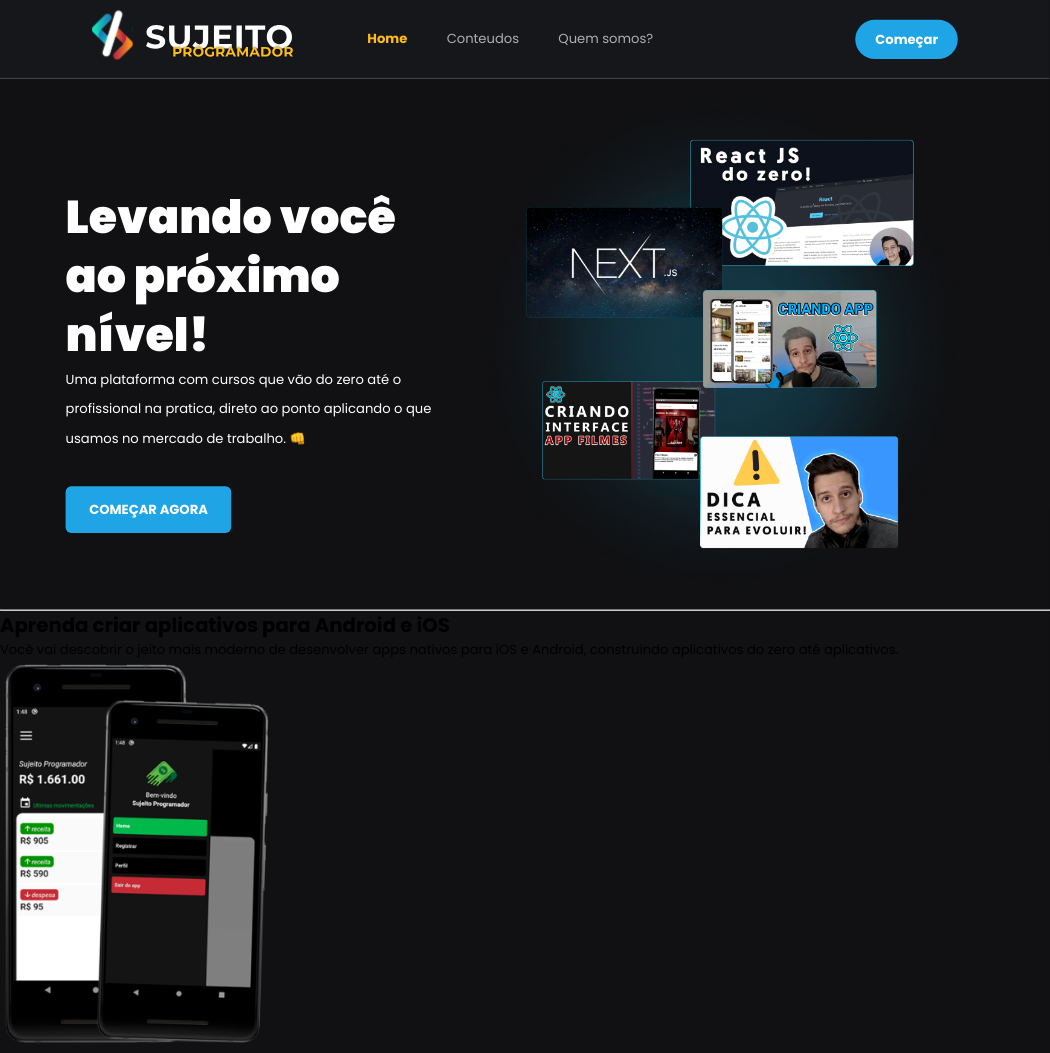
Repository: ArthurHendrich/Blog
Page: /
An editor plug-in stored every save of this project. The page is shown before and after a run of saves, followed by the edit.
The browser window is 1280 px wide. The pictures show the whole page, at 82% of full size.
The project was rebuilt for these pictures with package versions that can differ from the ones it lists, and the page was loaded fresh each time. The framework's server and built-in components were replaced by stand-ins that run in the browser. Also part of the build but not shown: next.config.js.

Above is the page before, as saved 2022-07-05 23:52:32.

### src/pages/_app.tsx
import { AppProps } from "next/app";
import { Header } from "../components/header";

import '../styles/global.scss';

function MyApp({ Component, pageProps }: AppProps) {
  return (
    <>
    <Header />
    <Component {...pageProps} />
    </>
  );
}

export default MyApp;

### src/pages/_document.tsx
import Document, { Html, Head, Main, NextScript } from "next/document";

export default class MyDocument extends Document {
  render() {
    return (
      <Html>
        <Head>
          <link rel="preconnect" href="https://fonts.googleapis.com" />
          <link
            href="https://fonts.googleapis.com/css2?family=Poppins:wght@400;500;700;900&display=swap"
            rel="stylesheet"
          />
          <link rel="shortcut icon" href="favicon.png" type="image/png" />
        </Head>
        <body>
          <Main />
          <NextScript />
        </body>
      </Html>
    );
  }
}

### src/pages/index.tsx
import Head from 'next/head';

import styles from '../styles/home.module.scss';

export default function Home() {
  return (
    <>
    <Head>
      <title>Home | Bootcamp</title>
    </Head>

    <main className={styles.container}>
      <div className={styles.containerHeader}>
        <section className={styles.ctaText}>
          <h1>Levando você ao próximo nível!</h1>
          <span>Uma plataforma com cursos que vão do zero até o profissional na pratica, direto ao ponto aplicando o que usamos no mercado de trabalho. 👊</span>
          <a>
            <button>
              COMEÇAR AGORA
            </button>
          </a>
        </section>
          <img src="/images/banner-conteudos.png" alt="Conteúdos" />
      </div>

      <hr className={styles.divisor} />

      <div className={styles.sectionContent} >
        <h2>Aprenda criar  aplicativos para Android e iOS</h2>
        <span>Você vai descobrir o jeito mais moderno de desenvolver apps nativos para iOS e Android, construindo aplicativos do zero até aplicativos.</span>
        <img src="/images/financasApp.png" alt="conteudos mobile" />
      </div>

    </main>
    </>
  )
}

### src/components/header/index.tsx
import Image from 'next/image';
import styles from './styles.module.scss';
import log from '../../../public/images/logo.svg';
import { ActiveLink } from '../ActiveLink';


export function Header() {
  return(
    <header className={styles.headerContainer}>
      <div className={styles.headerContent}>
      <ActiveLink href="/" activeClassName={styles.active}>
        <a>
          <Image src={log} alt="Logo"/>
        </a>
      </ActiveLink>

        <nav>
          <ActiveLink href="/" activeClassName={styles.active}>
            <a>Home</a>
          </ActiveLink>

          <ActiveLink href="/posts" activeClassName={styles.active}>
            <a>Conteudos</a>
          </ActiveLink>

          <ActiveLink href="/sobre" activeClassName={styles.active}>
            <a>Quem somos?</a>
          </ActiveLink>
        </nav>

        <a className={styles.readyButton} href="https://github.com/ArthurHendrich">Começar</a>
      </div>
    </header>
  )
}

### src/styles/global.scss
* {
  margin: 0;
  padding: 0;
  box-sizing: border-box;
}

:root {
  --white: #FFF;

  --gray-100: #AFAFAF;
  --gray-200: #525252;
  --gray-700: #15171b;
  --gray-900: #111113;

  --blue-900: #1fa4e5;
  --yellow-500: #FFBE16;
}

@media (max-width: 1080px) {
  html {
    font-size: 93.75%;
  }
}

@media (max-width: 720px) {
  html {
    font-size: 87.5%;
  }
}

body{
  background: var(--gray-900);
}

body, input, textarea, select, button {
  font: 400 1rem 'Poppins', sans-serif;
}

button {
  cursor: pointer;
}

a {
  color: inherit;
  text-decoration: none;
}

### src/styles/home.module.scss
.container {
  display: block;
}

.containerHeader{
  min-height: calc(100vh - 5rem);
  margin: 0 auto;
  max-width: 1120px;

  display: flex;
  align-items: center;
  justify-content: space-between;

  img{
    max-width: 640px;
  }
}

.ctaText {
  max-width: 600px;

  h1 {
    font-size: 3.5rem;
    line-height: 4.5rem;
    font-weight: 900;
    margin-top: 2.5rem;
    color: var(--white);
  }

  span{
    font-size: 1rem;
    line-height: 2.25rem;
    color: var(--white);
  }

  button {
    background-color: var(--blue-900);
    border: 0;
    padding: 1rem 1.8rem;
    margin-top: 2.5rem;
    border-radius: 7px;
    color: var(--white);
    font-weight: bold;
    transition: filter ease 0.2s;

    &:hover {
      filter: brightness(0.9);
    }
  }
}

### src/components/header/styles.module.scss
.headerContainer {
  height: 6rem;
  border-bottom: 1px solid var(--gray-200);
  background: var(--gray-700);
}

.headerContent {
  max-width: 1120px;
  height: 6rem;
  margin: 0 auto;
  padding: 0 2rem;

  display: flex;
  align-items: center;

  img {
    cursor: pointer;
  }

  nav {
    margin-left: 5rem;
    height: 6rem;

    a {
      display: inline-block;
      position: relative;
      padding: 0 0.5rem;
      height: 6rem;
      line-height: 6rem;
      color: var(--gray-100);
      transition: color 0.2s;

      & + a {
        margin-left: 2rem;
      }

      &:hover {
        color: var(--white);
      }

      &.active{
        color: var(--yellow-500);
        font-weight: bold;
      }
    }
  }
}

.readyButton {
  margin-left: auto;
  height: 3rem;
  border-radius: 3rem;
  background: var(--blue-900);
  border: 0;
  padding: 0 1.5rem;
  display: flex;
  align-items: center;
  justify-content: center;
  color: var(--white);
  font-weight: bold;
  transition: filter 0.2s;

  &:hover {
    filter: brightness(1.1)
  }
}

@media (max-width: 870px){
  .headerContainer {
    height: 11rem;
    padding: 0.5rem 0;
  }

  .headerContent {
    display: flex;
    flex-direction: column;

    nav {
      display: block;
      margin-left: auto;
      margin-right: auto;
    }

    .readyButton {
      display: none;
    }
  }
}

### src/components/ActiveLink/index.tsx
import Link, { LinkProps } from "next/link";
import { useRouter } from "next/router";
import { cloneElement, ReactElement } from "react";

interface ActiveLinkProps extends LinkProps {
  children: ReactElement;
  activeClassName: string;
}

export function ActiveLink ({ children, activeClassName, ...rest }: ActiveLinkProps) {
  const { asPath } = useRouter();

  const className = asPath === rest.href ? activeClassName : '';


  return (
    <Link {...rest}>
      {cloneElement(children, { className })}
    </Link>
  )
}

After the next 2 saves:
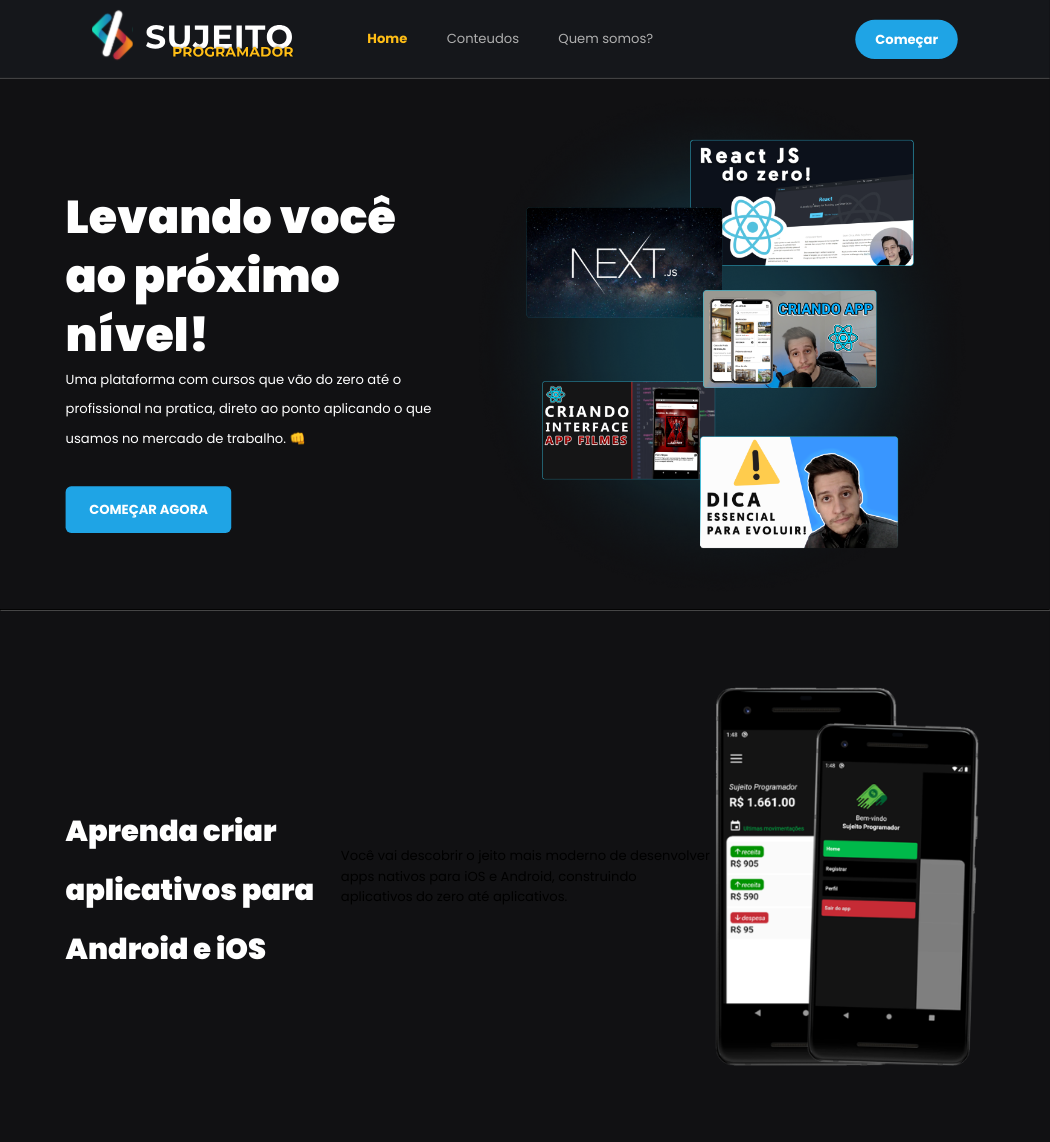
The 2 saves are shown as one change because they came seconds apart.
The last was saved 99 s later.
--- a/src/styles/home.module.scss
+++ b/src/styles/home.module.scss
@@ -48,3 +48,34 @@
     }
   }
 }
+
+.divisor {
+  width: 100%;
+  bottom: 0;
+  height: 1px;
+  border-color: var(--gray-200)
+}
+
+.sectionContent {
+  margin: 5.5rem auto;
+  max-width: 1120px;
+  display: flex;
+  align-items: center;
+  justify-content: center;
+
+  section {
+    max-width: 670px;
+  }
+
+  img {
+    max-width: 550px;
+  }
+
+  h2{
+    font-size: 2.2rem;
+    line-height: 4.5rem;
+    font-weight: 900;
+    margin-top: 2.2rem;
+    color: var(--white);
+  }
+}
